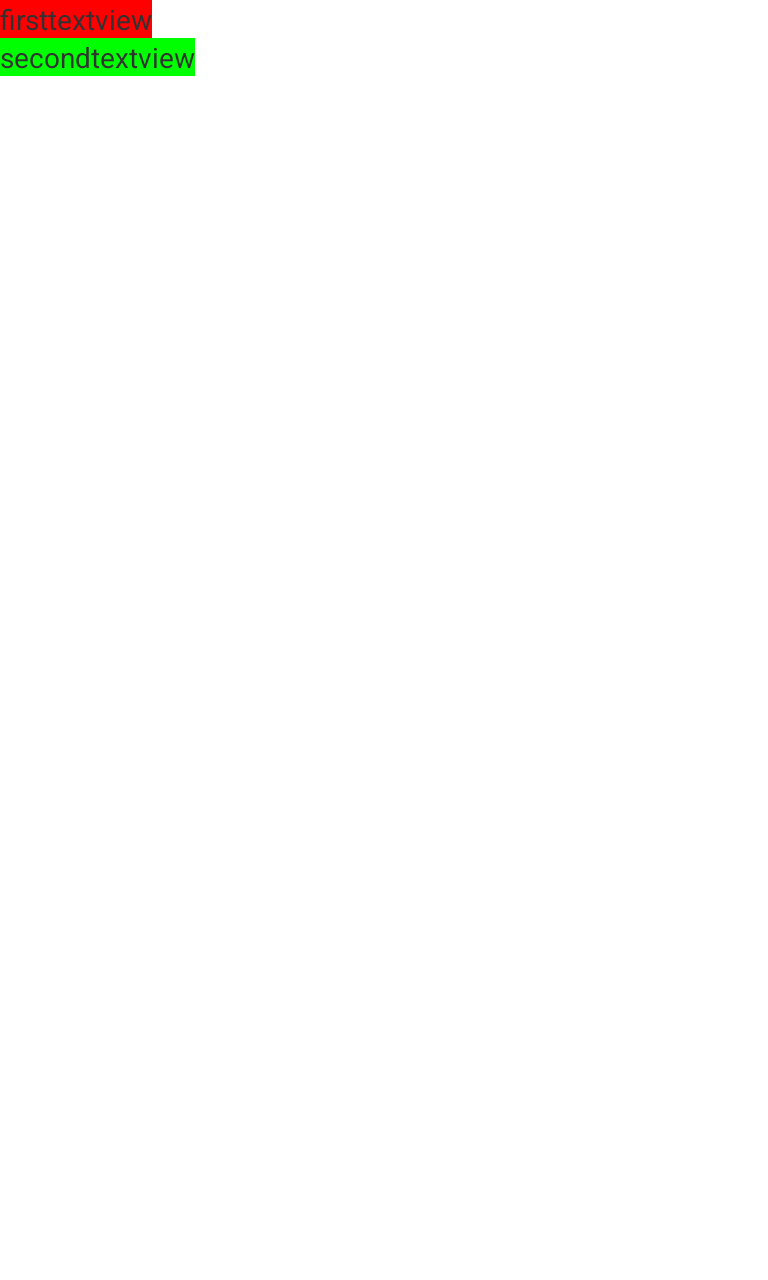
Repository: KungW/windows_learn_java_track
Layout: S01E13relativelayout/res/layout/activity_main.xml
An editor plug-in stored every save of this project. The layout is shown before and after the next save, followed by the edit.
It is drawn on a 768 x 1280 px phone screen (xhdpi) without system bars, with theme AppTheme; the app's code is not run.

Above is the layout before, as saved 2016-10-11 03:52:43.

After the next save:
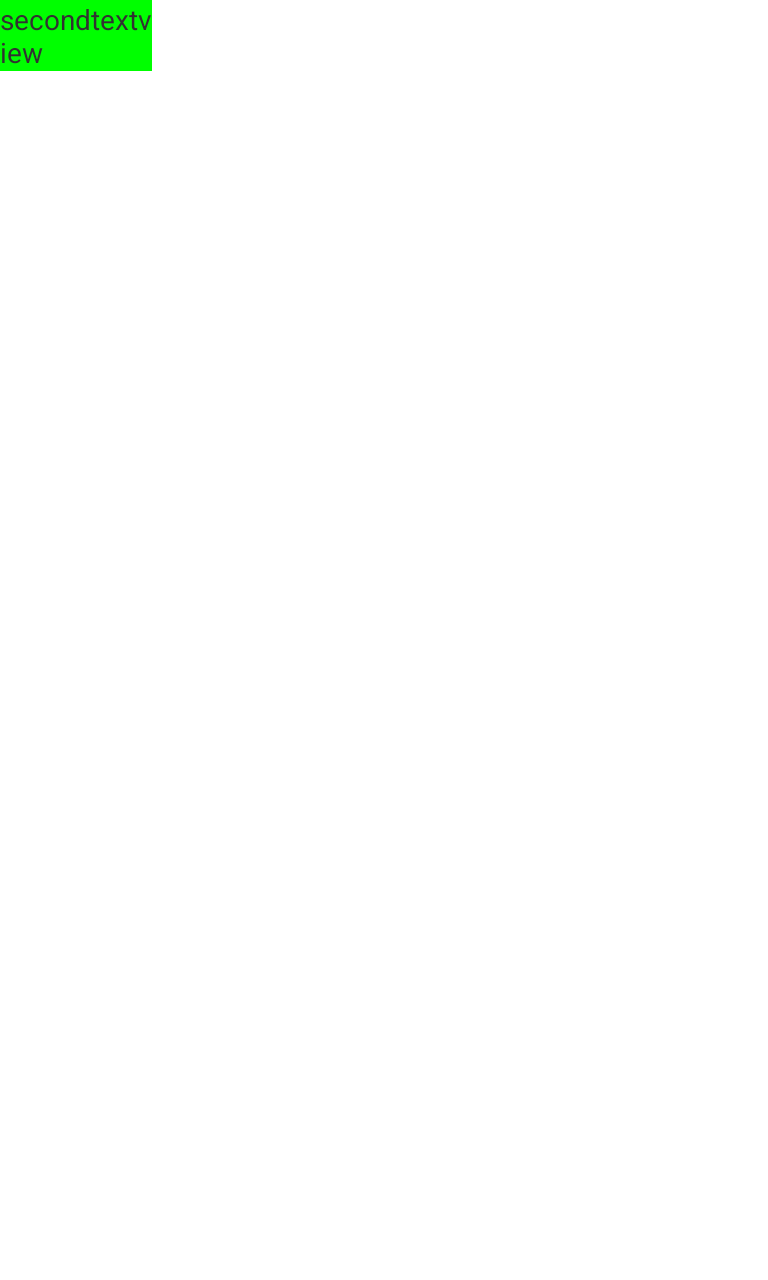
Saved 73 s later.
--- a/S01E13relativelayout/res/layout/activity_main.xml
+++ b/S01E13relativelayout/res/layout/activity_main.xml
@@ -4,7 +4,7 @@
     android:layout_height="match_parent"
     tools:context=".MainActivity" >
 
-    <TextView
+   <!--  <TextView
         android:id="@+id/firstview"
         android:layout_width="wrap_content"
         android:layout_height="wrap_content"
@@ -15,6 +15,18 @@
         android:layout_height="wrap_content"
         android:background="#00ff00"
         android:layout_below="@id/firstview"
+        android:text="secondtextview" /> -->
+        <TextView
+        android:id="@+id/firstview"
+        android:layout_width="wrap_content"
+        android:layout_height="wrap_content"
+        android:background="#ff0000"
+        android:text="firsttextview" />
+    <TextView
+        android:layout_width="wrap_content"
+        android:layout_height="wrap_content"
+        android:background="#00ff00"
+        android:layout_alignRight="@id/firstview"
         android:text="secondtextview" />
 
 </RelativeLayout>
